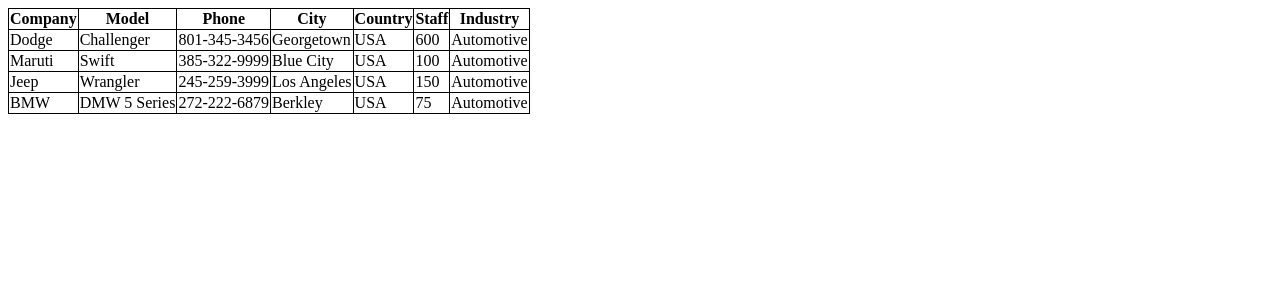
Repository: vgoins-RA2022/HTML-2
Page: index.html
The author's editor kept a copy of each file at every save. The page is drawn from the files as they stood at one save, then again after the next save.
The browser window is 1280 px wide. The pictures show the whole page.

Above is the page before, as saved 2023-01-10 21:52:14.

### index.html
<!DOCTYPE html>
<html lang="en">

<head>
  <meta charset="UTF-8">
  <meta name="viewport" content="width=device-width, initial-scale=1">
  <link rel="stylesheet" href="..\\HTML-2\\src\\css\\Style.css" type="text/css">
  <title>HTML Table Assignment 2</title>
</head>

<body>
  <table>
    <thead>
      <tr>
        <th>Company</th>
        <th>Model</th>
        <th>Phone</th>
        <th>City</th>
        <th>Country</th>
        <th>Staff</th>
        <th>Industry</th>
      </tr>
    </thead>
    <tbody>
      <tr>
        <td>Dodge</td>
        <td>Challenger</td>
        <td>801-345-3456</td>
        <td>Georgetown</td>
        <td>USA</td>
        <td>600</td>
        <td>Automotive</td>
      </tr>
       <tr>
        <td>Maruti</td>
        <td>Swift</td>
        <td>385-322-9999</td>
        <td>Blue City</td>
        <td>USA</td>
        <td>100</td>
        <td>Automotive</td>
      </tr><tr>
        <td>Jeep</td>
        <td>Wrangler</td>
        <td>245-259-3999</td>
        <td>Los Angeles</td>
        <td>USA</td>
        <td>150</td>
        <td>Automotive</td>
      </tr>
      <tr>
        <td>BMW</td>
        <td>DMW 5 Series</td>
        <td>272-222-6879</td>
        <td>Berkley</td>
        <td>USA</td>
        <td>75</td>
        <td>Automotive</td>
      </tr>
    </tbody>
  </table>

</body>



</html>

### src/css/Style.css

table, th, td {
  border: 1px solid black;
  border-collapse: collapse;
}

After the next save:
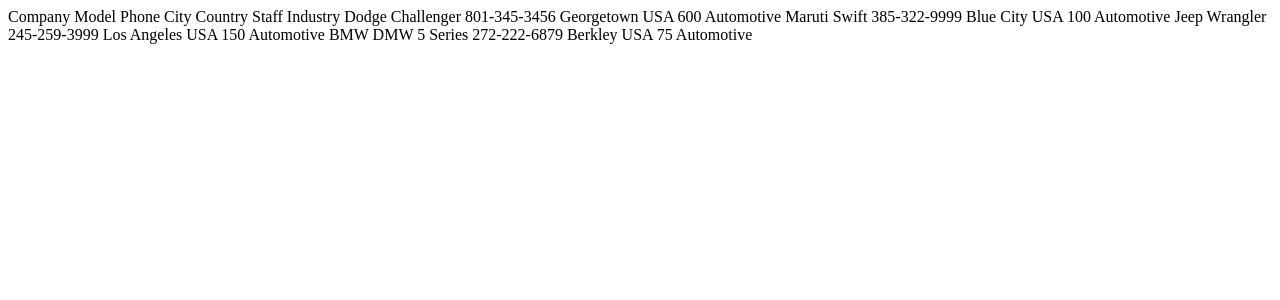
Saved 17 s later.
--- a/index.html
+++ b/index.html
@@ -9,7 +9,7 @@
 </head>
 
 <body>
-  <table>
+  <!-- <table>    -->
     <thead>
       <tr>
         <th>Company</th>
